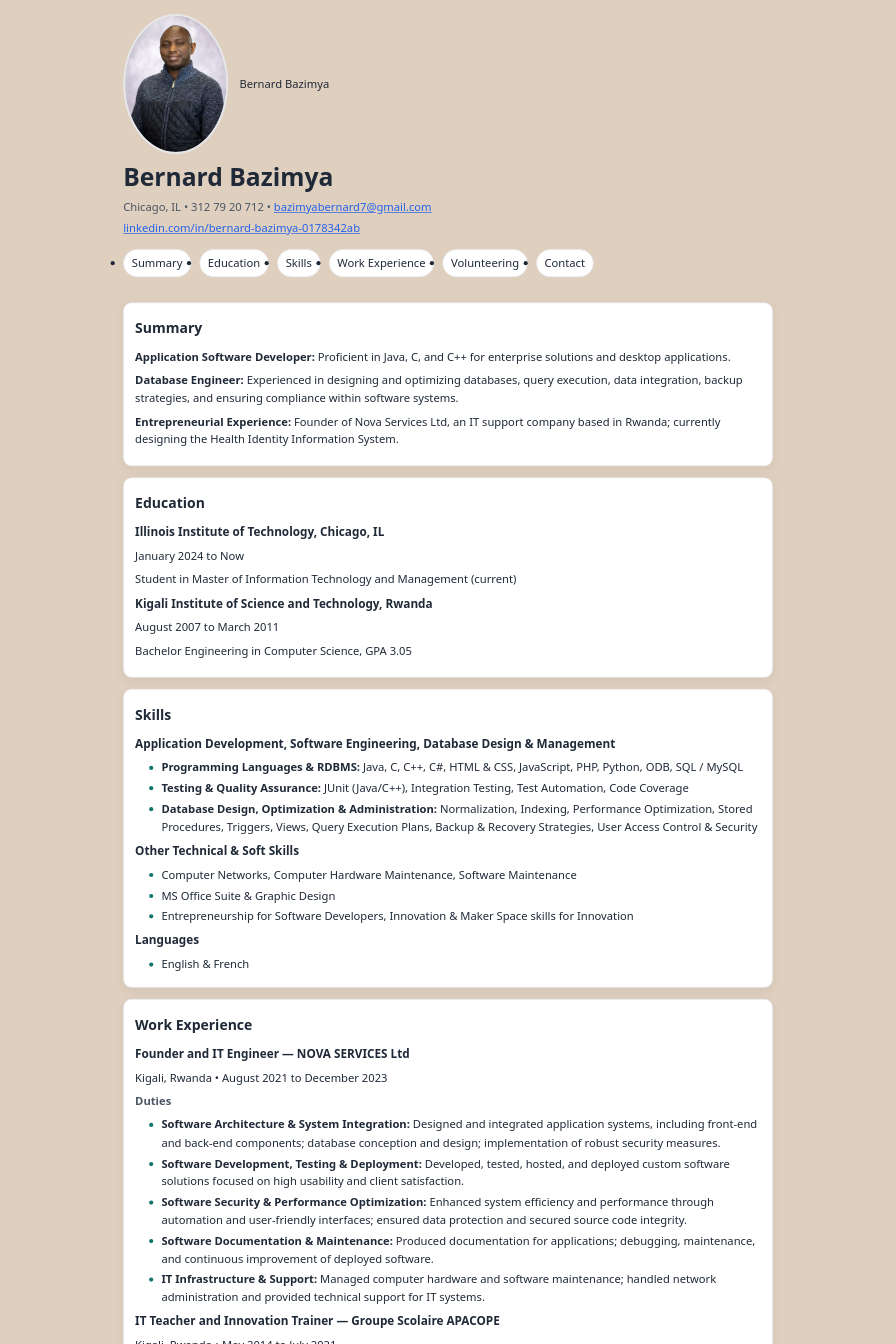
Repository: bbazimya/bernardbazimya-resume
Page: index.html
These files come from the project's save history. The page is drawn as it stood at one moment and after a run of saves; the edit follows.
The browser window is 1280 px wide. The pictures show the part of the page from y = 0 to 1920 px (the page is 2737 px tall before and 2741 px after), at 70% of full size.

Above is the page before, as saved 2025-09-11 18:29:28.

### index.html
<!DOCTYPE html>
<html lang="en">
<head>
  <meta charset="utf-8" />
  <meta name="viewport" content="width=device-width, initial-scale=1" />
  <title>Bernard Bazimya — Resume</title>
  <link rel="stylesheet" href="styles.css">
</head>
<body>
  <a href="#main">Go to main content</a>

  <header id="top">
    <figure>
      <img src="BERNARD_BAZIMYA.PNG" alt="My Profile picture" />
      <figcaption>Bernard Bazimya</figcaption>
    </figure>

    <h1>Bernard Bazimya</h1>
    <p>Chicago, IL • 312 79 20 712 • <a href="mailto:bazimyabernard7@gmail.com">bazimyabernard7@gmail.com</a></p>
    <p><a href="https://www.linkedin.com/in/bernard-bazimya-0178342ab/">linkedin.com/in/bernard-bazimya-0178342ab</a></p>

    <nav aria-label="Resume sections">
      <ul>
        <li><a href="#summary">Summary</a></li>
        <li><a href="#education">Education</a></li>
        <li><a href="#skills">Skills</a></li>
        <li><a href="#experience">Work Experience</a></li>
        <li><a href="#volunteering">Volunteering</a></li>
        <li><a href="#contact">Contact</a></li>
      </ul>
    </nav>
  </header>

  <main id="main">
    <section id="summary">
      <h2>Summary</h2>
      <p><strong>Application Software Developer:</strong> Proficient in Java, C, and C++ for enterprise solutions and desktop applications.</p>
      <p><strong>Database Engineer:</strong> Experienced in designing and optimizing databases, query execution, data integration, backup strategies, and ensuring compliance within software systems.</p>
      <p><strong>Entrepreneurial Experience:</strong> Founder of Nova Services Ltd, an IT support company based in Rwanda; currently designing the Health Identity Information System.</p>
    </section>

    <section id="education">
      <h2>Education</h2>

      <article>
        <h3>Illinois Institute of Technology, Chicago, IL</h3>
        <p>January 2024 to Now</p>
        <p>Student in Master of Information Technology and Management (current)</p>
      </article>

      <article>
        <h3>Kigali Institute of Science and Technology, Rwanda</h3>
        <p>August 2007  to March 2011</p>
        <p>Bachelor Engineering in Computer Science, GPA 3.05</p>
      </article>
    </section>

    <section id="skills">
      <h2>Skills</h2>

      <h3>Application Development, Software Engineering, Database Design &amp; Management</h3>
      <ul>
        <li><strong>Programming Languages &amp; RDBMS:</strong> Java, C, C++, C#, HTML &amp; CSS, JavaScript, PHP, Python, ODB, SQL / MySQL</li>
        <li><strong>Testing &amp; Quality Assurance:</strong> JUnit (Java/C++), Integration Testing, Test Automation, Code Coverage</li>
        <li><strong>Database Design, Optimization &amp; Administration:</strong> Normalization, Indexing, Performance Optimization, Stored Procedures, Triggers, Views, Query Execution Plans, Backup &amp; Recovery Strategies, User Access Control &amp; Security</li>
      </ul>

      <h3>Other Technical &amp; Soft Skills</h3>
      <ul>
        <li>Computer Networks, Computer Hardware Maintenance, Software Maintenance</li>
        <li>MS Office Suite &amp; Graphic Design</li>
        <li>Entrepreneurship for Software Developers, Innovation &amp; Maker Space skills for Innovation</li>
      </ul>

      <h3>Languages</h3>
      <ul>
        <li>English &amp; French</li>
      </ul>
    </section>

    <section id="experience">
      <h2>Work Experience</h2>

      <article>
        <h3>Founder and IT Engineer — NOVA SERVICES Ltd</h3>
        <p>Kigali, Rwanda • August 2021 to December 2023</p>
        <h4>Duties</h4>
        <ul>
          <li><strong>Software Architecture &amp; System Integration:</strong> Designed and integrated application systems, including front-end and back-end components; database conception and design; implementation of robust security measures.</li>
          <li><strong>Software Development, Testing &amp; Deployment:</strong> Developed, tested, hosted, and deployed custom software solutions focused on high usability and client satisfaction.</li>
          <li><strong>Software Security &amp; Performance Optimization:</strong> Enhanced system efficiency and performance through automation and user-friendly interfaces; ensured data protection and secured source code integrity.</li>
          <li><strong>Software Documentation &amp; Maintenance:</strong> Produced documentation for applications; debugging, maintenance, and continuous improvement of deployed software.</li>
          <li><strong>IT Infrastructure &amp; Support:</strong> Managed computer hardware and software maintenance; handled network administration and provided technical support for IT systems.</li>
        </ul>
      </article>

      <article>
        <h3>IT Teacher and Innovation Trainer — Groupe Scolaire APACOPE</h3>
        <p>Kigali, Rwanda • May 2014 to July 2021</p>
        <ul>
          <li>Taught IT courses to high schools: Java, C, and C++, Computer Networks, Hardware &amp; Software Maintenance.</li>
          <li>Trained young innovators in coding and digital literacy within the Maker Space Program.</li>
        </ul>
      </article>

      <article>
        <h3>International Experience — Rwandan-American Teacher Exchange Program</h3>
        <p>Annapolis, MD • 2017 to 2019</p>
        <ul>
          <li>Trained in integrating technology into modern teaching methodologies.</li>
          <li>Conducted IT workshops in Annapolis high schools, enhancing digital education strategies.</li>
        </ul>
      </article>
    </section>

    <section id="volunteering">
      <h2>Volunteering</h2>
      <ul>
        <li>Interschool innovative technology trainer for young innovators — 3 schools in Kigali (2018–2021)</li>
        <li>Innovation trainer for children ages 16 to 25 — trained students from 8 schools in Rwanda (2019–2021)</li>
        <li>Language interpreter, French to English — Illinois Tech Commencement ceremonies (2024)</li>
      </ul>
    </section>

    <aside id="contact" aria-label="Contact information">
      <h2>Contact</h2>
      <ul>
        <li>Chicago, IL</li>
        <li>Phone: 312 79 20 712</li>
        <li>Email: <a href="mailto:bazimyabernard7@gmail.com">bazimyabernard7@gmail.com</a></li>
        <li>LinkedIn: <a href="https://www.linkedin.com/in/bernard-bazimya-0178342ab/">bernard-bazimya-0178342ab</a></li>
      </ul>
    </aside>
  </main>

  <footer>
    <p>&copy; 2025 Bernard Bazimya</p>
    <p><a href="#top">Back to top</a></p>
  </footer>
</body>
</html>

### styles.css
/* Theme colors and basic variablesinitialization*/
:root{
  --bg:#dfcfbe;
  --card:#ffffff;
  --ink:#1f2937;
  --muted:#4b5563;
  --accent:#0f766e;
  --link:#2563eb;
  --border:#e5e7eb;
  --shadow:0 4px 16px rgba(0,0,0,.06);
}
*{box-sizing:border-box}

html,body
{height:100%}

body{
  margin:0;
  font:16px/1.6 system-ui,-apple-system,Segoe UI,Roboto,Ubuntu,Cantarell,Inter,"Helvetica Neue",Arial,sans-serif;
  color:var(--ink);
  background:var(--bg);
}

/* basic Layout for header, main and footer */
header, main, footer{
  max-width:960px;
  margin:auto;
  padding:0 1rem;
}
header{padding-top:1.25rem}
main{padding:1rem 1rem 2rem}
section, aside{background:var(--card); border:1px solid var(--border); border-radius:12px; padding:1rem; margin:1rem 0; box-shadow:var(--shadow)}

@media (min-width:900px){
  /* two-column feel on wide screens */
  .grid{
    display:grid;
    grid-template-columns: 2fr 1fr;
    gap:1rem;
  }
}

/* Header basics */
header figure{
  margin:0;
  display:flex;
  align-items:center;
  gap:1rem;
}
header img{
  width:150px;
  height:200px;
  object-fit:cover;
  border-radius:70%;
  border:3px solid var(--border);
  background:#fff;
}
header h1{margin:.25rem 0 0; font-size:clamp(1.6rem,3vw,2.2rem)}
header p{margin:.25rem 0; color:var(--muted)}

/* Navigation button settengs */
nav ul{

  padding:0; margin:.75rem 0 0;
  display:flex; flex-wrap:wrap; gap:.5rem .75rem;
}
nav a{
  display:inline-block;
  padding:.4rem .7rem;
  border:1px solid var(--border);
  background:var(--card);
  border-radius:999px;
  text-decoration:none;
  color:var(--ink);
}
nav a:hover{border-color:var(--accent); color:var(--accent)}

/* ---------- Typography ---------- */
h2{margin:.25rem 0 0.75rem; font-size:1.25rem}
h3{margin:.5rem 0 .25rem; font-size:1.05rem}
h4{margin:.5rem 0 .25rem; font-size:1rem; color:var(--muted)}
p{margin:.5rem 0}
ul{margin:.5rem 0 .25rem 1.25rem}
li{margin:.25rem 0}

/* ---------- Links ---------- */
a{color:var(--link)}
a:hover{opacity:.9}

/* ---------- Skip link ---------- */
a[href="#main"]{
  position:absolute; left:-9999px; top:auto; width:1px; height:1px; overflow:hidden;
}
a[href="#main"]:focus{
  position:fixed; left:1rem; top:1rem; width:auto; height:auto;
  padding:.5rem .75rem; background:#fff; border:1px solid var(--border); border-radius:8px;
  box-shadow:var(--shadow);
}

/* ---------- Footer ---------- */
footer{padding:1.25rem 1rem 2.5rem; color:var(--muted); text-align:center}
footer a{color:inherit; text-decoration:underline}

/* ---------- Lists inside cards ---------- */
section ul, aside ul{padding-left:1.1rem}
section li::marker{color:var(--accent)}

/* ---------- Print-friendly ---------- */
@media print{
  :root{--bg:#fff; --card:#fff; --border:#ddd}
  body{font-size:12px}
  nav, a[href="#main"], footer{display:none}
  header, main{max-width:100%; padding:0}
  section, aside{box-shadow:none; border-color:#ccc}
  header img{border:none}
}

After the next 2 saves:
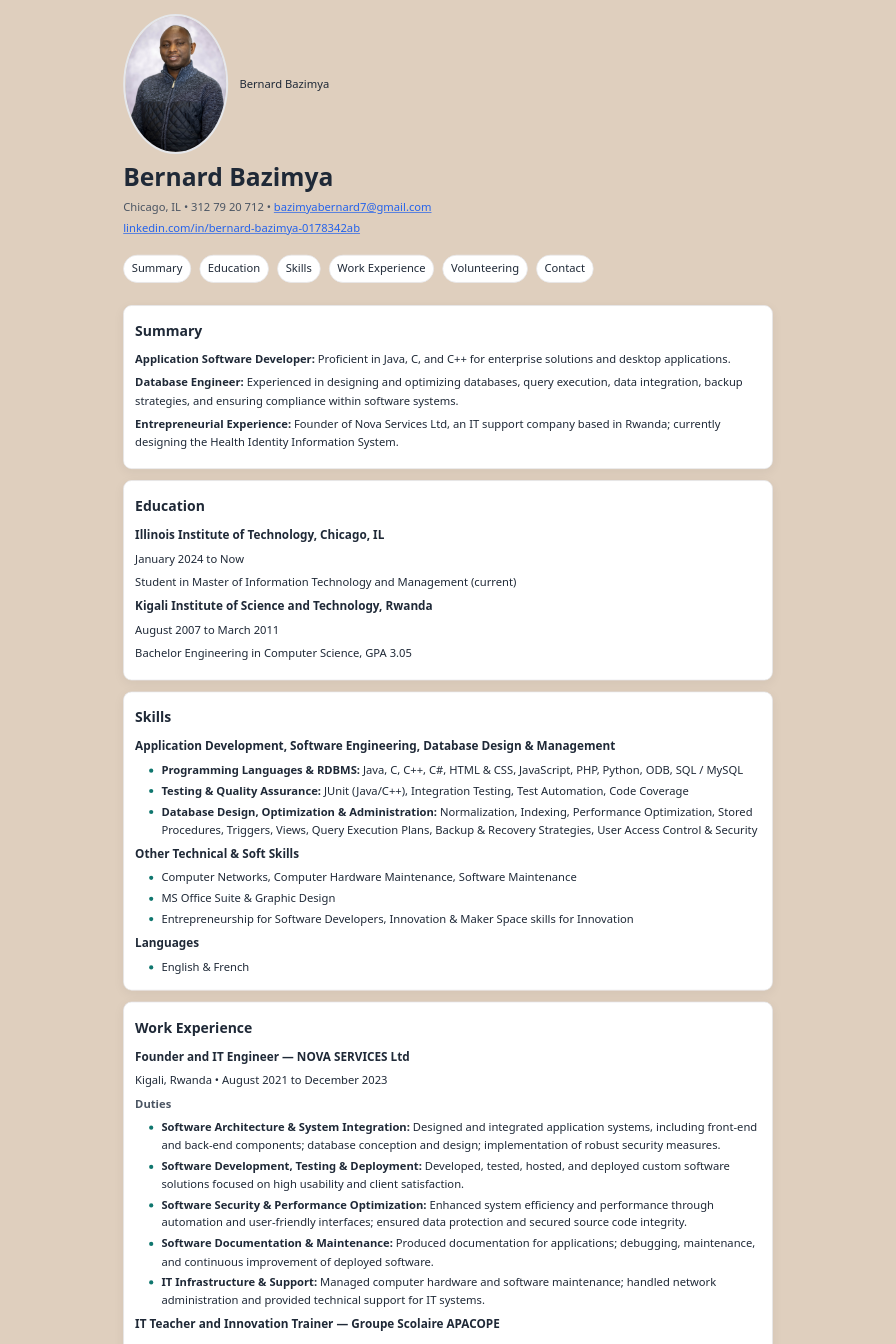
The 2 saves are shown as one change because they came seconds apart.
The last was saved 3 h 19 min later.
--- a/index.html
+++ b/index.html
@@ -21,12 +21,12 @@
 
     <nav aria-label="Resume sections">
       <ul>
-        <li><a href="#summary">Summary</a></li>
-        <li><a href="#education">Education</a></li>
-        <li><a href="#skills">Skills</a></li>
-        <li><a href="#experience">Work Experience</a></li>
-        <li><a href="#volunteering">Volunteering</a></li>
-        <li><a href="#contact">Contact</a></li>
+       <ul><a href="#summary">Summary</a></ul>
+        <ul><a href="#education">Education</a></ul>
+        <ul><a href="#skills">Skills</a></ul>
+        <ul><a href="#experience">Work Experience</a></ul>
+        <ul><a href="#volunteering">Volunteering</a></ul>
+        <ul><a href="#contact">Contact</a></ul>
       </ul>
     </nav>
   </header>
